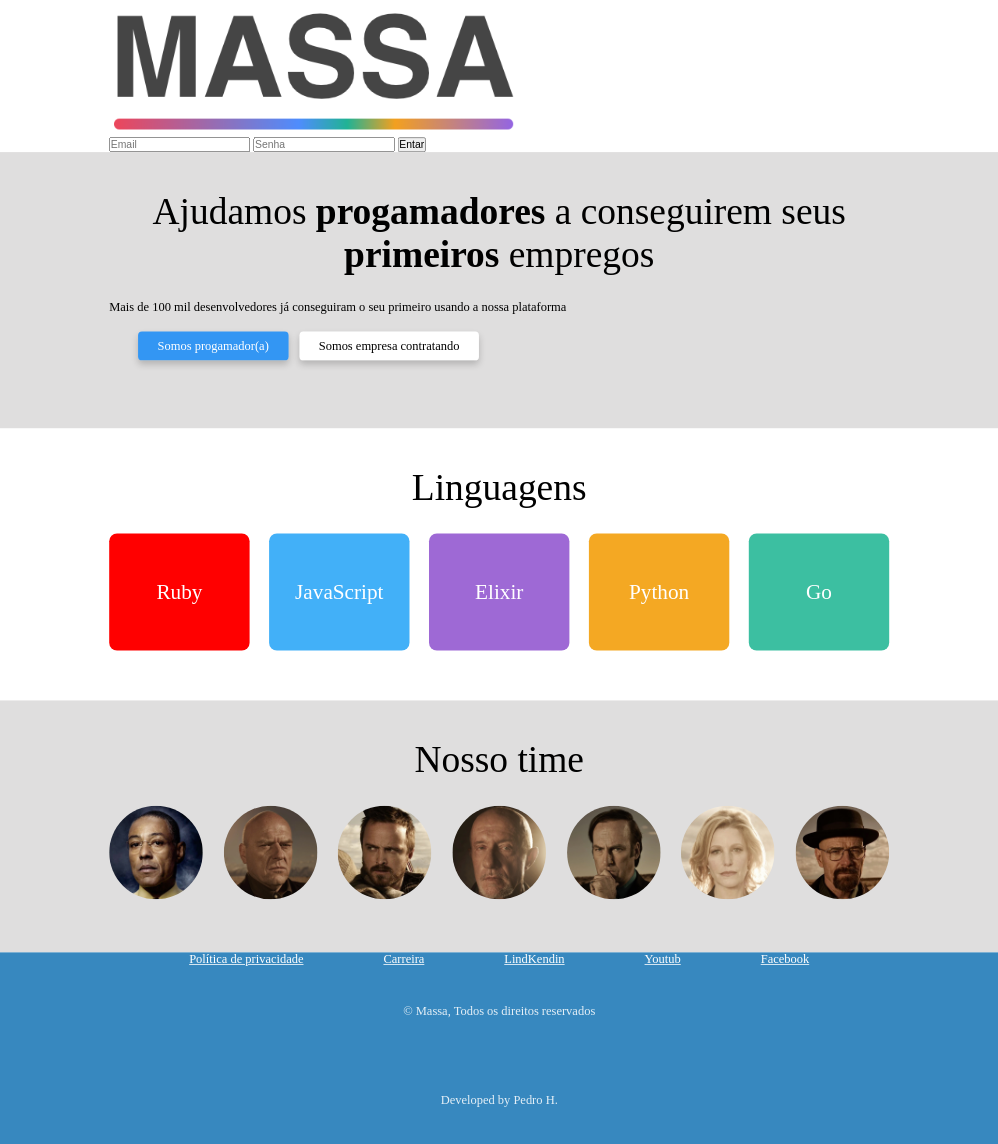
Repository: luizgaivaa/ProjetoSite
Page: index.html
An editor plug-in stored every save of this project. The page is shown before and after the next save, followed by the edit.
The browser window is 1280 px wide. The pictures show the whole page, at 78% of full size.

Above is the page before, as saved 2024-03-19 13:17:26.

### index.html
<!DOCTYPE html>
<html lang="pt-br">
<head>
    <meta charset="UTF-8">
    <meta name="viewport" content="width=device-width, initial-scale=1.0">
    <title>Massa</title>
    <link rel="icon" href="react-icon.png">
    <link rel="stylesheet" href="style.css">

    <link rel="preconnect" href="https://fonts.googleapis.com">
    <link rel="preconnect" href="https://fonts.gstatic.com" crossorigin>
    <link href="https://fonts.googleapis.com/css2?family=Roboto:ital,wght@0,100;0,300;0,400;0,500;0,700;0,900;1,100;1,300;1,400;1,500;1,700;1,900&display=swap" rel="stylesheet">

</head>
<body>
        <header>

            <div class="container">

                <div class="logo">

                    <img src="imagens/logo.png" alt-="">

                </div>
                <div class="sing-in">
                <form action="#">

                    <input type="email" name="email" id="email" placeholder="Email">
                    <input type="password" name="password" id="password" placeholder="Senha">
                    <button type="submit">Entar</button>

                </form>
                </div>
            </div>

        </header>

    <main>

        <section class="intro gray">

            <div class="container">

                <h1 class="title">Ajudamos <strong>progamadores</strong> a conseguirem seus <strong>primeiros</strong> empregos</h1>
                <p>Mais de 100 mil desenvolvedores já conseguiram o seu primeiro usando a nossa plataforma</p>

                <div class="cta">
                    <a href="https://www.youtube.com/watch?v=u7E6Mn4hLAI" class="button primary">Somos progamador(a)</a>
                    <a href="https://www.youtube.com/watch?v=dQw4w9WgXcQ" class="button second">Somos empresa contratando</a>
                </div>

            </div>

        </section>

        <section class="languages">

            <div class="container">

                <h1 class="title">Linguagens</h1>

                <div class="Card">

                    <div class="card red">Ruby</div>
                    <div class="card blue">JavaScript</div>
                    <div class="card purple">Elixir</div>
                    <div class="card yellow">Python</div>
                    <div class="card green">Go</div>

                </div>

            </div>
        </section>

        <section class="team gray">

            <div class="container">

                <h1 class="title">Nosso time</h1>

                <div class="members">

                    <div class="Gus"><img src="team/gus.jpg" alt=""></div>
                    <div class="Hank"><img src="team/hank.jpg" alt=""></div>
                    <div class="Jesse"><img src="team/jesse.jpg" alt=""></div>
                    <div class="Mike"><img src="team/mike.jpg" alt=""></div>
                    <div class="Saul"><img src="team/saul.jpg" alt=""></div>
                    <div class="Skyler"><img src="team/skyler.jpg" alt=""></div>
                    <div class="walter"><img src="team/walter.jpg" alt=""></div>

                </div>

            </div>

        </section>

    </main>
        <footer>
            <div class="container">
                <ul>

                    <li><a href="https://www.leagueoflegends.com/pt-br/">Política de privacidade</a></li>
                    <li><a href="https://www.google.com/imgres?imgurl=https%3A%2F%2Fimages.contentstack.io%2Fv3%2Fassets%2Fblt731acb42bb3d1659%2Fblte466f329caecef3b%2F60887196f07013101daf0872%2FdevRammus_header.jpg&tbnid=cw0laePT7olaPM&vet=12ahUKEwje2tjspO-EAxUsuZUCHVRWCNwQMygBegQIARBN..i&imgrefurl=https%3A%2F%2Fwww.leagueoflegends.com%2Fpt-br%2Fnews%2Fdev%2Fdev-rammus-de-rift-a-rift%2F&docid=4QQPyuHJoJCulM&w=1920&h=1080&q=rammus%20lol&ved=2ahUKEwje2tjspO-EAxUsuZUCHVRWCNwQMygBegQIARBN">Carreira</a></li>
                    <li><a href="#">LindKendin</a></li>
                    <li><a href="#">Youtub</a></li>
                    <li><a href="#">Facebook</a></li>

                </ul>

                    <p class="copyright">© Massa, Todos os direitos reservados</p>
                    <p class="copyright">Developed by Pedro H.</p>

            </div>

        </footer>
</body>
</html>

### style.css
/*reset CSS*/

*{
    margin: 0;
    padding: 0;
    box-sizing: 0;
}

body{
    background-color: rgb(255, 255, 255);
}

.roboto-thin {
    font-family: "Roboto", sans-serif;
    font-weight: 100;
    font-style: normal;
  }

  .roboto-light {
    font-family: "Roboto", sans-serif;
    font-weight: 300;
    font-style: normal;
  }

  .roboto-regular {
    font-family: "Roboto", sans-serif;
    font-weight: 400;
    font-style: normal;
  }

  .roboto-medium {
    font-family: "Roboto", sans-serif;
    font-weight: 500;
    font-style: normal;
  }

  .roboto-bold {
    font-family: "Roboto", sans-serif;
    font-weight: 700;
    font-style: normal;
  }

  .roboto-black {
    font-family: "Roboto", sans-serif;
    font-weight: 900;
    font-style: normal;
  }

  .roboto-thin-italic {
    font-family: "Roboto", sans-serif;
    font-weight: 100;
    font-style: italic;
  }

  .roboto-light-italic {
    font-family: "Roboto", sans-serif;
    font-weight: 300;
    font-style: italic;
  }

  .roboto-regular-italic {
    font-family: "Roboto", sans-serif;
    font-weight: 400;
    font-style: italic;
  }

  .roboto-medium-italic {
    font-family: "Roboto", sans-serif;
    font-weight: 500;
    font-style: italic;
  }

  .roboto-bold-italic {
    font-family: "Roboto", sans-serif;
    font-weight: 700;
    font-style: italic;
  }

  .roboto-black-italic {
    font-family: "Roboto", sans-serif;
    font-weight: 900;
    font-style: italic;
  }

   .container {
    width: 1000px;
    margin: auto;
    padding: 0 1rem;

   }

   .gray {
    background-color:rgb(223, 222, 222)
   }

   .intro_gray {
    background-color:rgb(223, 222, 222)
   }

   .intro p{
    margin: 1rem 0;
    font-size: 1.5 rem;
    font-weight: 100;
   }

   h1 {
    font-size: 3rem;
    font-weight: normal;
   }

   h1.title {
    margin-bottom: 2rem;
    text-align: center;
    /* font-weight: bold; */
   }

   section {
    padding: 3rem 0 4rem 0;
   }

   .intro .cta {
    margin: 2rem;
   }

   .button {
    /*background-color: #3396f3;
    color: white;*/
    padding: 10px 25px;
    text-decoration: none;
    border-radius: 5px;
    margin: 5px;
    box-shadow: 0 5px 10px 0 rgba(0, 0, 0, 0.2);
   }

   .button:hover {
    box-shadow: 0 5px 10px 0 rgba(0, 0, 0, 0.5);
   }


   .primary {
    background-color: #3396f3;
    color: white;
   }

   .second {
    background-color: white;
    color: black;
   }

   .Card {
    display: flex;
    justify-content: space-between;
   }

   .card {
      display: flex;
      flex-direction: column;
      justify-content: center;
      text-align: center;

      width: 18%;
      height: 150px;
      border-radius: 10px;
      color: white;
      font-size: 1.7rem;
    }

   .card.red {
      background-color: red;
   }

   .card.blue {
    background-color: #42b0f8;
   }

   .card.purple {
    background-color: #9e69d5;
   }

   .card.yellow {
    background-color: #f4a823;
   }

   .card.green {
    background-color: #3cbfa1;
   }

   .members {
    display: flex;
    justify-content: space-between;
   }

   .members img {
    width: 120px;
    height: 120px;
    border-radius: 50%;
   }

   footer {
    background-color: #3788bf ;
   }

   footer ul{
    display: flex;
    justify-content: space-evenly;
    padding-top: 3 rem;
    list-style-type: none;
   }

   footer a{
    color: white;
   }
   footer p.copyright{
    padding: 3rem 0;
    color: #ffffffdd;
    text-align: center;
   }

   header{
    display: flex;
    justify-content: space-evenly;
    padding: 2 rem;
   }

After the next save:
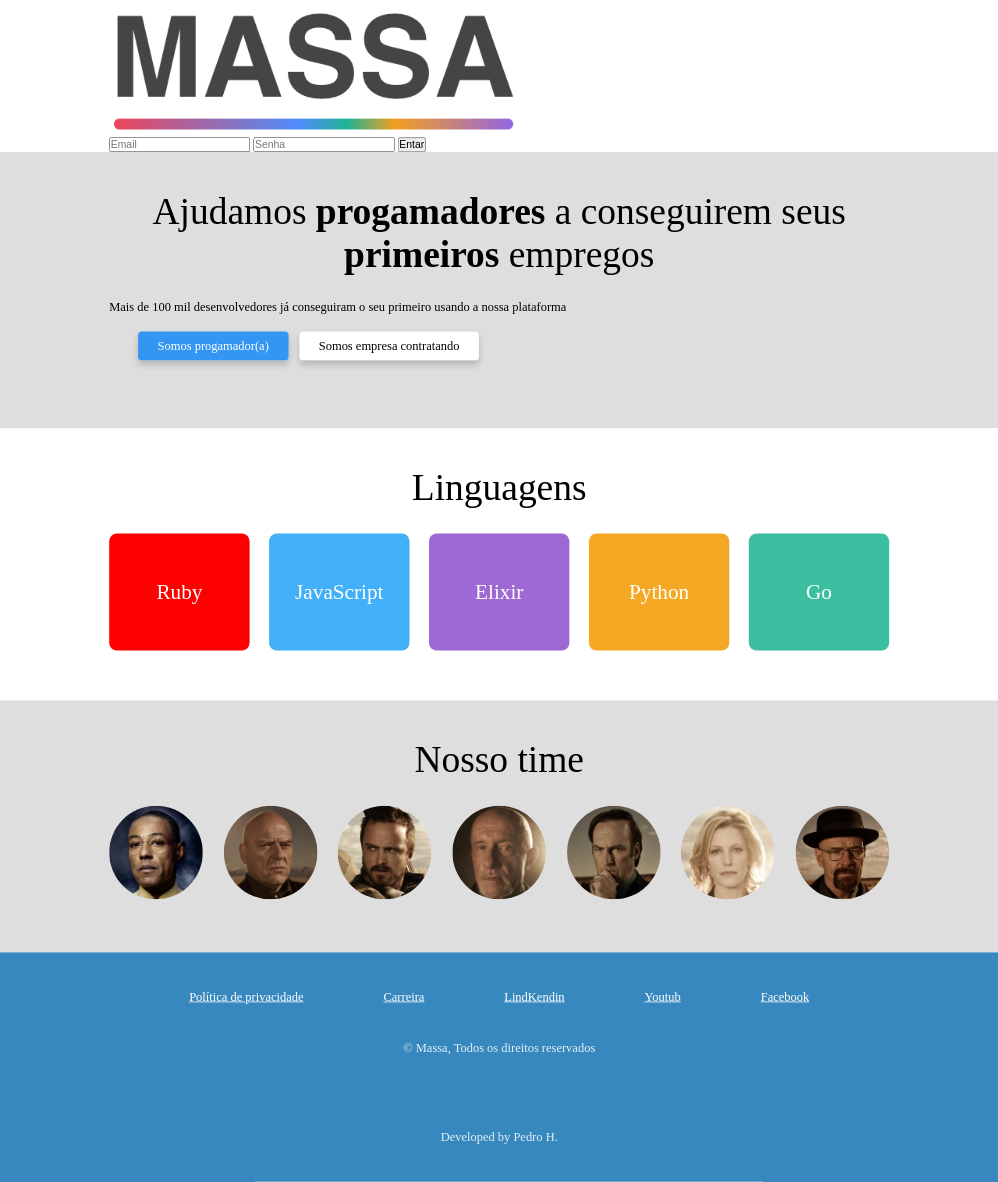
Saved 5 s later.
--- a/style.css
+++ b/style.css
@@ -203,7 +203,7 @@
    footer ul{
     display: flex;
     justify-content: space-evenly;
-    padding-top: 3 rem;
+    padding-top: 3rem;
     list-style-type: none;
    }
 
